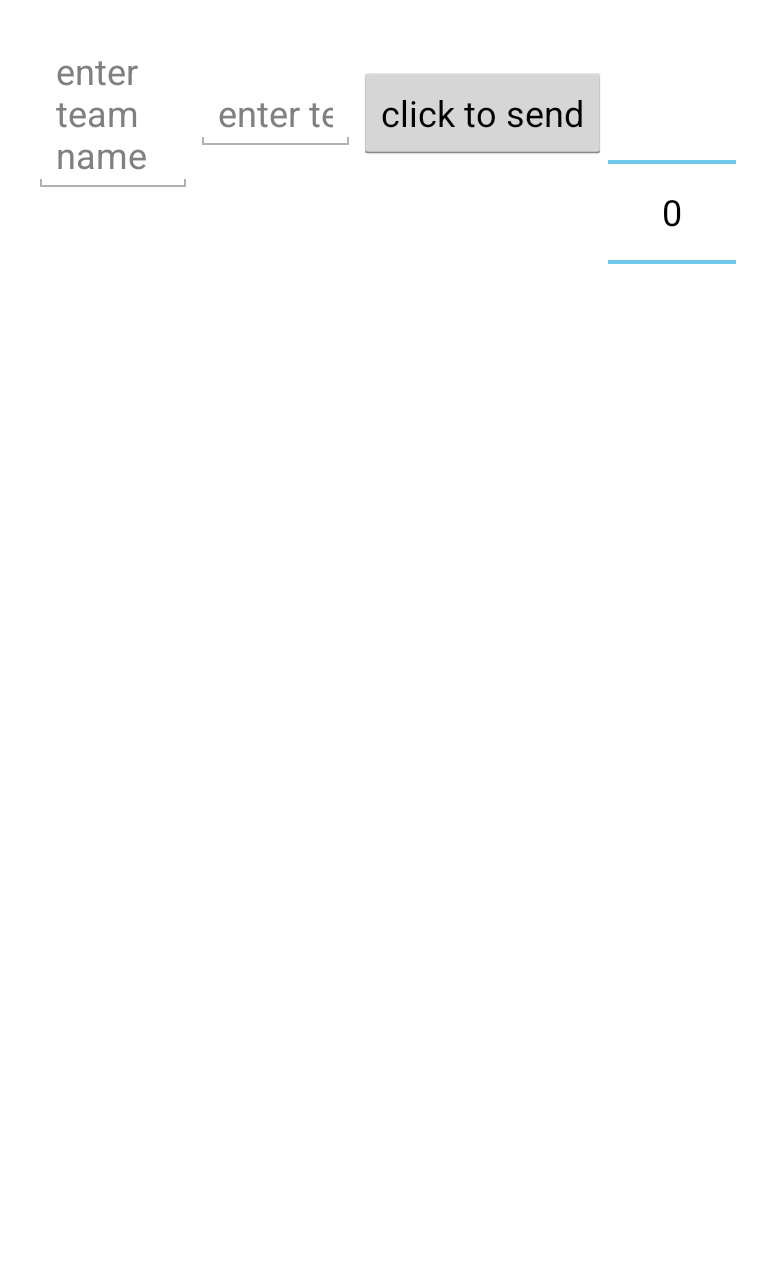
Repository: lmrobotics/linn-mar-robotics
Layout: 2013_14/Android/raflood/workspace/FTCScout/res/layout/activity_main.xml
These files come from the project's save history. The layout is drawn as it stood at one moment and after the next save; the edit follows.
It is drawn on a 768 x 1280 px phone screen (xhdpi) without system bars, with theme AppTheme; the app's code is not run.

Above is the layout before, as saved 2013-10-18 02:37:55.

### 2013_14/Android/raflood/workspace/FTCScout/res/layout/activity_main.xml
<LinearLayout xmlns:android="http://schemas.android.com/apk/res/android"
    xmlns:tools="http://schemas.android.com/tools"
    android:layout_width="match_parent"
    android:layout_height="match_parent"
    android:orientation="horizontal"
    android:paddingBottom="@dimen/activity_vertical_margin"
    android:paddingLeft="@dimen/activity_horizontal_margin"
    android:paddingRight="@dimen/activity_horizontal_margin"
    android:paddingTop="@dimen/activity_vertical_margin"
    tools:context=".MainActivity" >

    <EditText android:id="@+id/edit_message"
        android:layout_weight="1"
        android:layout_width="0dp"
        android:layout_height="wrap_content"
        android:hint="@string/team_name_prompt" />

    <EditText
        android:id="@+id/editText1"
        android:layout_weight="1"
        android:layout_width="0dp"
        android:layout_height="wrap_content"
        android:ems="10"
        android:hint="@string/team_number_prompt"
        android:inputType="numberDecimal" />

    <Button android:layout_width="wrap_content"
        android:layout_height="wrap_content"
        android:text="@string/button_send"
        android:onClick="sendMessage" />

    <NumberPicker android:id="@+id/np"
        android:layout_width="wrap_content"
        android:layout_height="wrap_content"
        android:width="100dip"/>

</LinearLayout>

### 2013_14/Android/raflood/workspace/FTCScout/res/values/strings.xml
<?xml version="1.0" encoding="utf-8"?>
<resources>

    <string name="app_name">FTC Scout</string>
    <string name="action_settings">Settings</string>
    <string name="team_name_prompt">enter team name</string>
    <string name="team_number_prompt">enter team number</string>
    <string name="button_send">click to send</string>
    <string name="title_activity_display_message">My Message</string>
    <string name="hello_world">Hello world!</string>

</resources>

Loaded but not shown: 2013_14/Android/raflood/workspace/FTCScout/res/values/styles.xml (common file); 2013_14/Android/raflood/workspace/FTCScout/res/values-v11/styles.xml (common file); 2013_14/Android/raflood/workspace/FTCScout/res/values-v14/styles.xml (common file); 2013_14/Android/raflood/workspace/FTCScout/res/values/dimens.xml (common file)

After the next save:
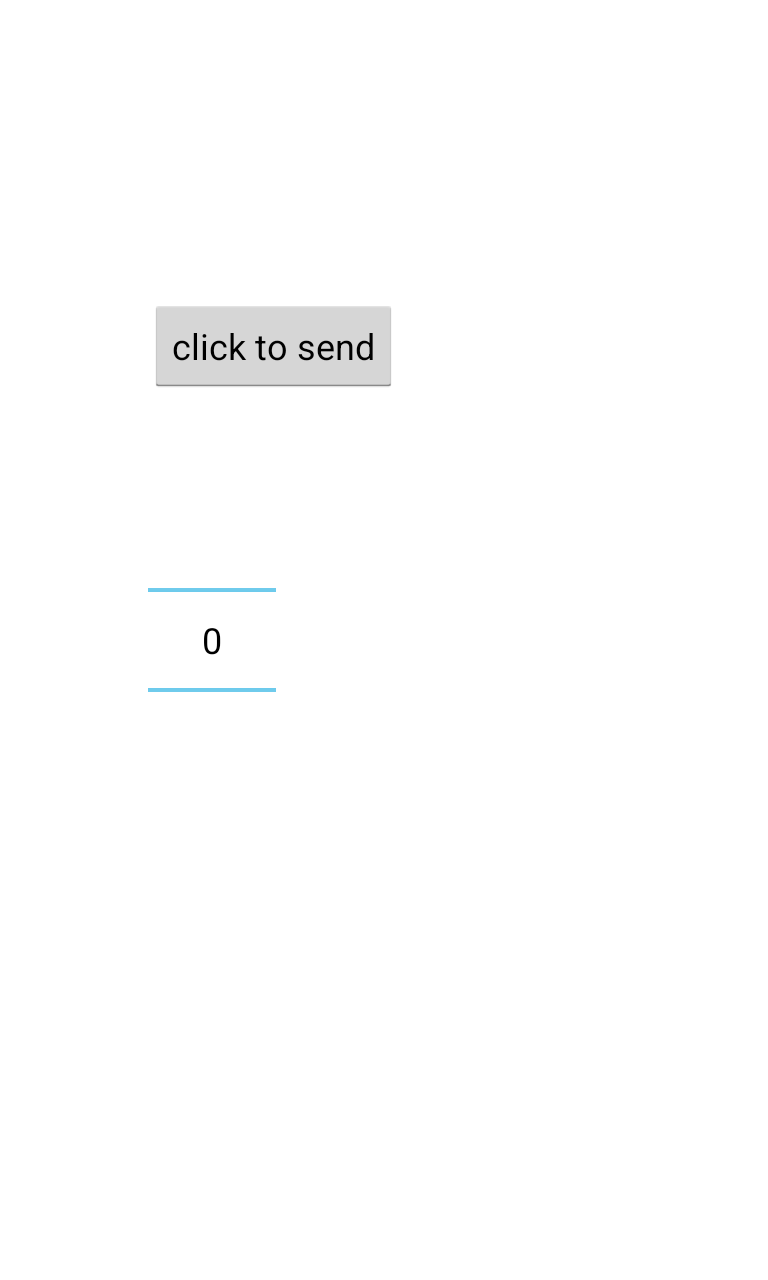
Saved 8 min 24 s later.
--- a/2013_14/Android/raflood/workspace/FTCScout/res/layout/activity_main.xml
+++ b/2013_14/Android/raflood/workspace/FTCScout/res/layout/activity_main.xml
@@ -1,4 +1,4 @@
-<LinearLayout xmlns:android="http://schemas.android.com/apk/res/android"
+<RelativeLayout xmlns:android="http://schemas.android.com/apk/res/android"
     xmlns:tools="http://schemas.android.com/tools"
     android:layout_width="match_parent"
     android:layout_height="match_parent"
@@ -9,29 +9,50 @@
     android:paddingTop="@dimen/activity_vertical_margin"
     tools:context=".MainActivity" >
 
-    <EditText android:id="@+id/edit_message"
-        android:layout_weight="1"
+    <EditText
+        android:id="@+id/edit_message"
         android:layout_width="0dp"
         android:layout_height="wrap_content"
-        android:hint="@string/team_name_prompt" />
+        android:layout_alignTop="@+id/button1"
+        android:layout_marginLeft="57dp"
+        android:layout_marginTop="25dp"
+        android:layout_toRightOf="@+id/np"
+        android:layout_weight="1"
+        android:ems="10"
+        android:hint="@string/team_name_prompt" >
+
+        <requestFocus />
+    </EditText>
+
+    <Button
+        android:id="@+id/button1"
+        android:layout_width="wrap_content"
+        android:layout_height="wrap_content"
+        android:layout_alignParentLeft="true"
+        android:layout_alignParentTop="true"
+        android:layout_marginLeft="58dp"
+        android:layout_marginTop="133dp"
+        android:onClick="sendMessage"
+        android:text="@string/button_send" />
+
+    <NumberPicker
+        android:id="@+id/np"
+        android:layout_width="wrap_content"
+        android:layout_height="wrap_content"
+        android:layout_alignLeft="@+id/button1"
+        android:layout_centerVertical="true"
+        android:width="100dip" />
 
     <EditText
         android:id="@+id/editText1"
-        android:layout_weight="1"
         android:layout_width="0dp"
         android:layout_height="wrap_content"
+        android:layout_below="@+id/button1"
+        android:layout_marginTop="55dp"
+        android:layout_toLeftOf="@+id/np"
+        android:layout_weight="1"
         android:ems="10"
         android:hint="@string/team_number_prompt"
         android:inputType="numberDecimal" />
 
-    <Button android:layout_width="wrap_content"
-        android:layout_height="wrap_content"
-        android:text="@string/button_send"
-        android:onClick="sendMessage" />
-
-    <NumberPicker android:id="@+id/np"
-        android:layout_width="wrap_content"
-        android:layout_height="wrap_content"
-        android:width="100dip"/>
-
-</LinearLayout>
+</RelativeLayout>
